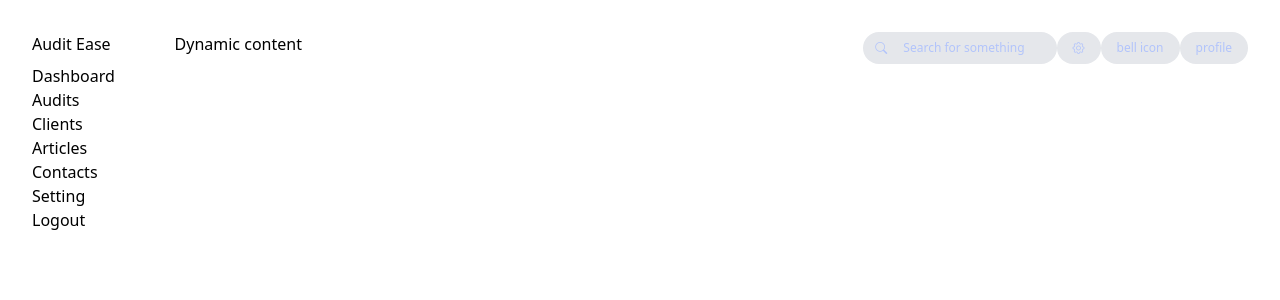
Repository: EclipticCode/Audit-Ease-FE
Page: /
These files come from the project's save history. The page is drawn as it stood at one moment and after the next save; the edit follows.
The browser window is 1280 px wide. The pictures show the whole page.
Some web libraries are served in a nearby version. The project was rebuilt for these pictures with package versions that can differ from the ones it lists, and the page was loaded fresh each time. Also part of the build but not shown: vite.config.js, Login.jsx, src/Navbar.jsx.

Above is the page before, as saved 2025-03-27 21:15:06.

### index.html
<!doctype html>
<html lang="en">
  <head>
    <meta charset="UTF-8" />
    <link rel="icon" type="image/svg+xml" href="" />
    <meta name="viewport" content="width=device-width, initial-scale=1.0" />
    <title>Audit Ease</title>
     <!-- Bootstrap Icon link-->
     <link
     rel="stylesheet"
     href="https://cdn.jsdelivr.net/npm/bootstrap-icons@1.11.3/font/bootstrap-icons.min.css"
   />
    <!-- Font awesome CDN -->
    <link rel="stylesheet" href="https://cdnjs.cloudflare.com/ajax/libs/font-awesome/6.6.0/css/all.min.css">
  </head>
  <body>
    <div id="root"></div>
    <script type="module" src="/src/main.jsx"></script>
  </body>
</html>

### src/main.jsx
import React from "react";
import ReactDOM from "react-dom/client";
import App from "./App";
import "./index.css"; // Ensure Tailwind styles are imported

ReactDOM.createRoot(document.getElementById("root")).render(
  <React.StrictMode>
    <App />
  </React.StrictMode>
);

### src/App.jsx
import React from 'react'
import Login from '../Login'
import Navbar from './Navbar'
import NavandSideBar from './NavandSideBar'

const App = () => {
  return (
   <div>
      <NavandSideBar/>
   </div>
  )
}

export default App

### src/index.css
@import url('https://fonts.googleapis.com/css2?family=Roboto:ital,wght@0,100..900;1,100..900&display=swap');

@import "tailwindcss";

@theme {
  --font-roboto: "Roboto", sans-serif;
  --font-weight-light: 300;
  --font-weight-normal: 400;
  --font-weight-medium: 500;
  --font-weight-semibold: 600;
  --font-weight-bold: 700;
  --color-soft-primary: #B2C4FB;
  --color-light-primary: #053ADA;
  --color-dark-primary: #032691;
  --color-deep-primary: #021655;
  --color-soft-secondary: #FFFFFF;
  --color-light-secondary: #B1B1B1;
  --color-dark-secondary: #263238;
  --color-deep-secondary: #000000;

}

### src/NavandSideBar.jsx
import React from 'react'

const NavandSideBar = () => {
  return (
    <div className='m-8'>
        <div className='flex flex-row justify-between'>
            <div className='flex'>
            <div>Audit Ease</div>
            <div className='ml-16'>Dynamic content</div>
            </div>
            <div className='flex'>
            <div className="bg-gray-200 flex items-center justify-center rounded-full text-xs pl-3 pr-8 py-4 w-auto h-4 text-soft-primary">
              <span><i className="bi bi-search pr-4"></i></span> <span>Search for something</span>
            </div>
            <div className="bg-gray-200 flex items-center justify-center rounded-full text-xs p-4 w-auto h-4 text-soft-primary"><i className="bi bi-gear"></i></div>
            <div className="bg-gray-200 flex items-center justify-center rounded-full text-xs p-4 w-auto h-4 text-soft-primary">bell icon</div>
            <div className="bg-gray-200 flex items-center justify-center rounded-full text-xs p-4 w-auto h-4 text-soft-primary">profile</div>
            </div>
        </div>
        <div className='flex flex-col'>
            <div>Dashboard</div>
            <div>Audits</div>
            <div>Clients</div>
            <div>Articles</div>
            <div>Contacts</div>
            <div>Setting</div>
            <div>Logout</div>
        </div>
    </div>
  )
}

export default NavandSideBar

After the next save:
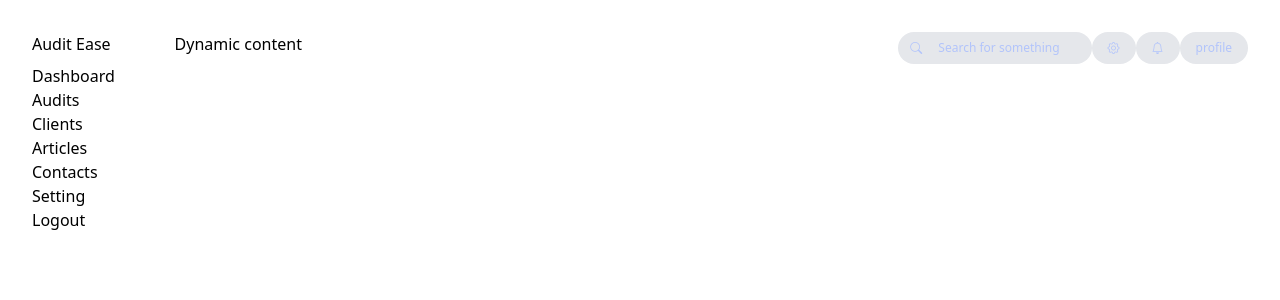
Saved 17 s later.
--- a/src/NavandSideBar.jsx
+++ b/src/NavandSideBar.jsx
@@ -13,7 +13,7 @@ const NavandSideBar = () => {
               <span><i className="bi bi-search pr-4"></i></span> <span>Search for something</span>
             </div>
             <div className="bg-gray-200 flex items-center justify-center rounded-full text-xs p-4 w-auto h-4 text-soft-primary"><i className="bi bi-gear"></i></div>
-            <div className="bg-gray-200 flex items-center justify-center rounded-full text-xs p-4 w-auto h-4 text-soft-primary">bell icon</div>
+            <div className="bg-gray-200 flex items-center justify-center rounded-full text-xs p-4 w-auto h-4 text-soft-primary"><i className="bi bi-bell"></i></div>
             <div className="bg-gray-200 flex items-center justify-center rounded-full text-xs p-4 w-auto h-4 text-soft-primary">profile</div>
             </div>
         </div>
